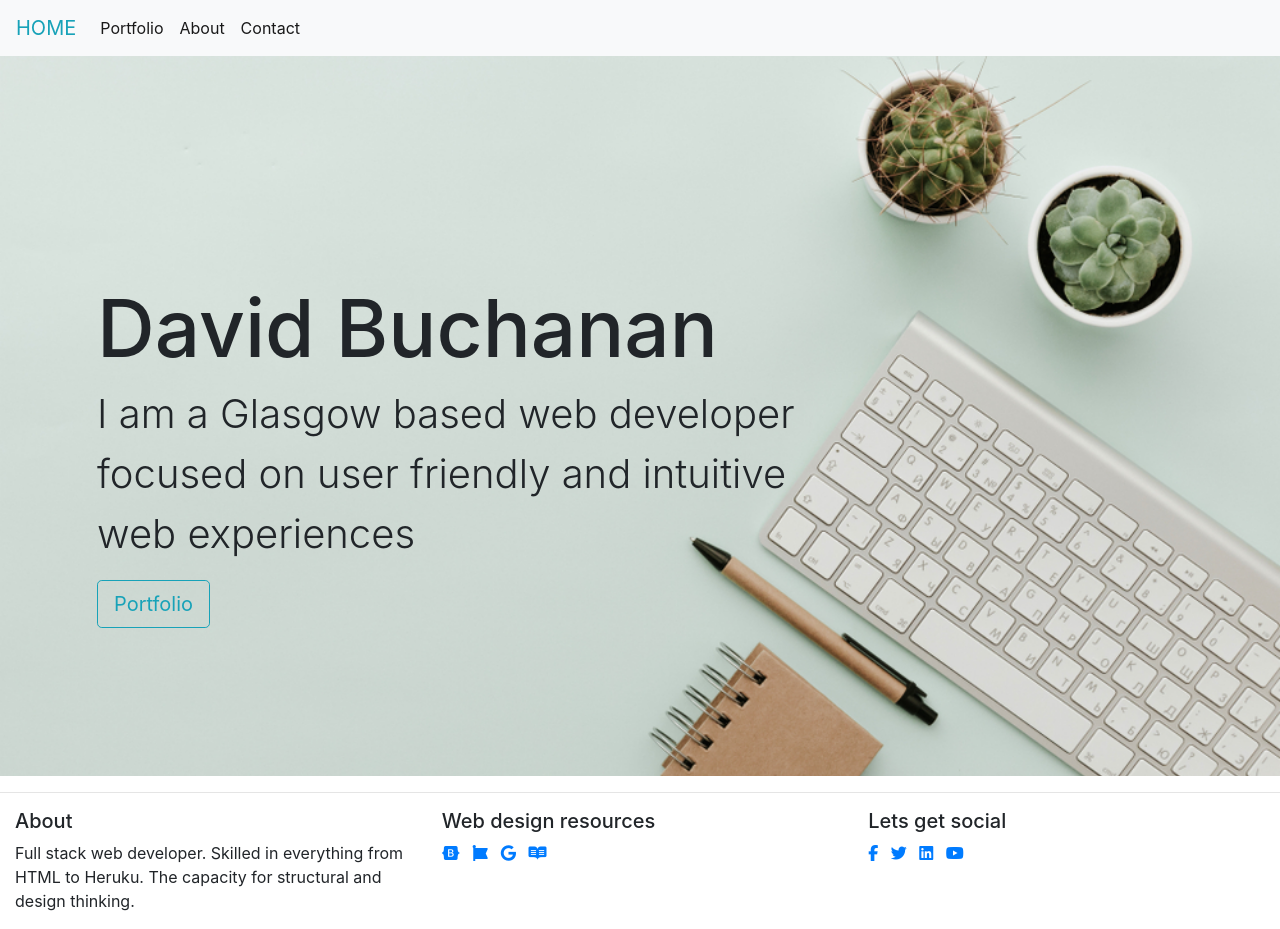
Repository: davidjbuchanan/MS1-Martina-Zampa
Page: index.html
The author's editor kept a record of every edit. The page is drawn from the files as they stood at one moment, then again after the next edit.
The browser window is 1280 px wide. The pictures show the whole page.
Backgrounds fixed to the window are drawn as part of the page. Some web libraries are served in a nearby version.

Above is the page before.

After the next edit:
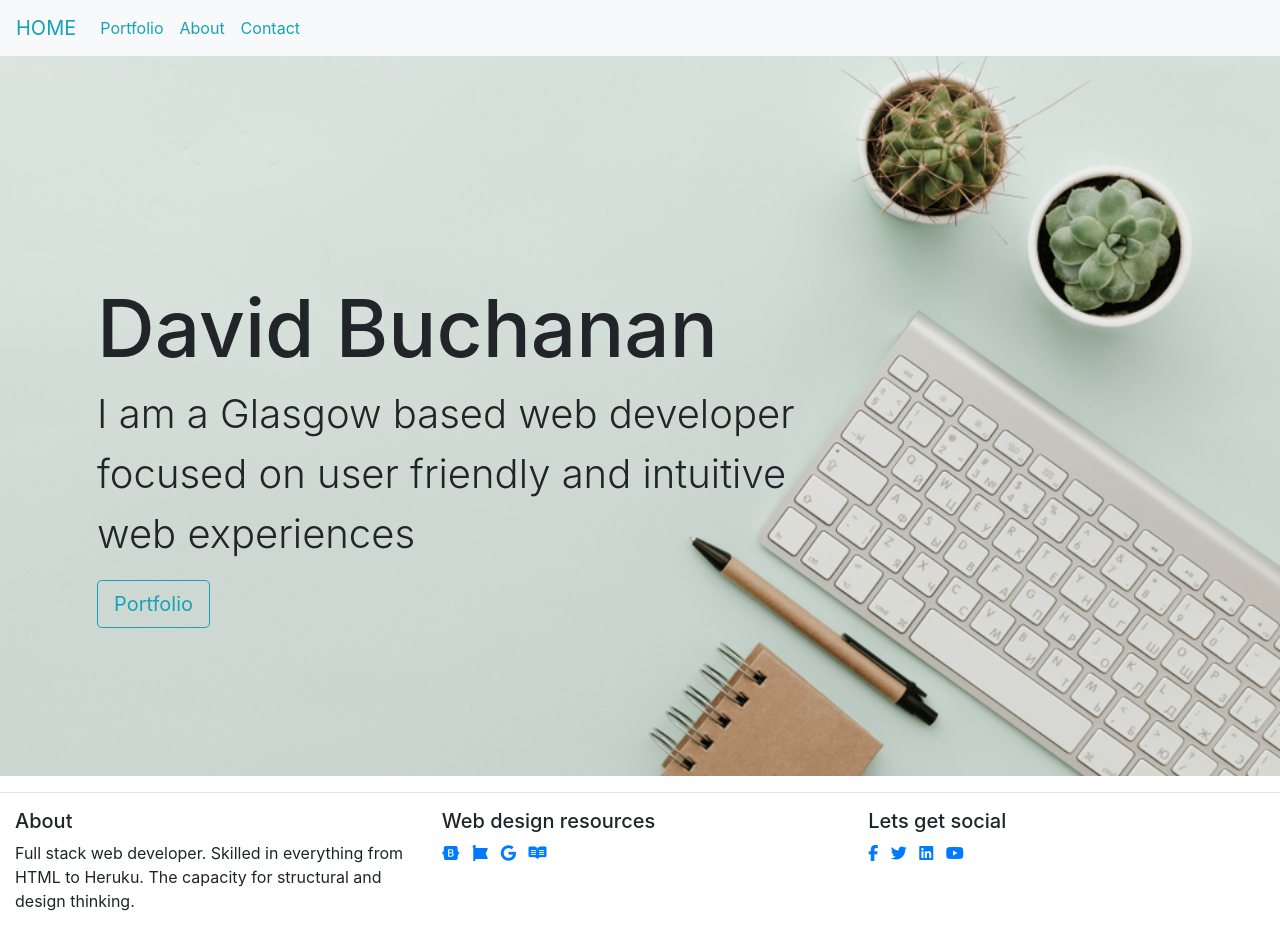
The edit:
--- a/CSS/style.css
+++ b/CSS/style.css
@@ -23,6 +23,11 @@
 .navbar-light .navbar-brand.navbar-brand {
     color: #17a2b8;
 }
+
+.navbar-light .navbar-nav .active> .nav-link {
+    color: #17a2b8;
+}
+
 
 /*-----------------Jumbotron-----------------*/
 
